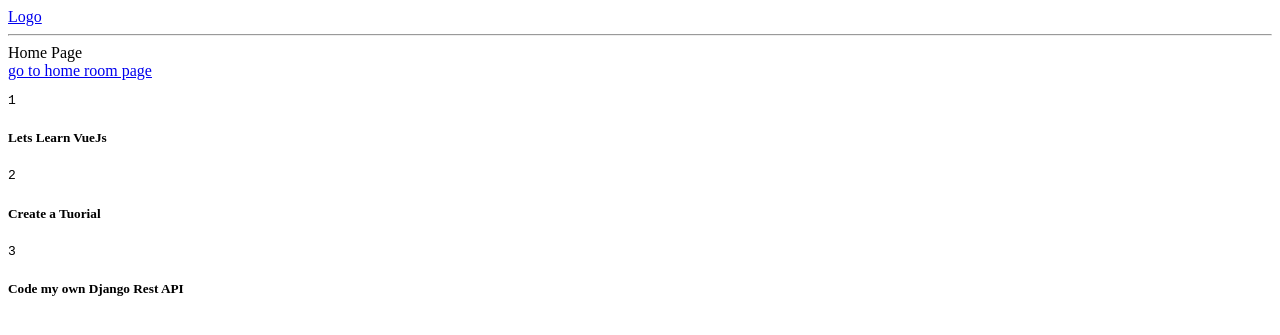
Repository: feyroozecode/studybud_django_app
Page: http://localhost/
An editor plug-in stored every save of this project. The page is shown before and after a run of saves, followed by the edit.
The browser window is 1280 px wide. The pictures show the whole page.
The page is served by the project's application, run on Django 4.2 (manage.py). Other server files are loaded and not shown.

Above is the page before, as saved 2023-09-30 19:54:03.

### templates/home.html

{% extends 'main.html' %}

{% block content %}

<div>
    Home Page
    <br />
    <a href="/room"> go to home room page </a>

    <div>
        {% for room in rooms %}
            <div>
               <pre>{{ room.id }}</pre> <h5> {{ room.name }} </h5>

            </div>

        {% endfor %}

    </div>

</div>

{% endblock content %}

### templates/main.html
<!DOCTYPE html>
<html lang="en">
<head>
    <meta charset="UTF-8">
    <meta name="viewport" content="width=device-width, initial-scale=1.0">
    <title>StudyBud</title>
</head>
<body>
    {% include 'navbar.html' %}
    {% block content %}

    {% endblock %}

</body>
</html>

### templates/navbar.html


<div>
    <a href="/"> Logo </a>

    <hr>
</div>

### base/views.py
from django.shortcuts import render
from django.http import HttpResponse


# Create your views here.
rooms = [
    { 'id': 1, 'name': 'Lets Learn VueJs' },
    { 'id': 2, 'name': 'Create a Tuorial' },
    { 'id': 3, 'name': 'Code my own Django Rest API' },
]

def home(request):
    return render(request, 'home.html', {'rooms': rooms})


def room(request):
    return render(request, 'room.html')

### studybud/urls.py
"""
URL configuration for studybud project.

The `urlpatterns` list routes URLs to views. For more information please see:
    https://docs.djangoproject.com/en/4.2/topics/http/urls/
Examples:
Function views
    1. Add an import:  from my_app import views
    2. Add a URL to urlpatterns:  path('', views.home, name='home')
Class-based views
    1. Add an import:  from other_app.views import Home
    2. Add a URL to urlpatterns:  path('', Home.as_view(), name='home')
Including another URLconf
    1. Import the include() function: from django.urls import include, path
    2. Add a URL to urlpatterns:  path('blog/', include('blog.urls'))
"""
from django.contrib import admin
from django.urls import path, include

BASE_APP_URL = 'base.urls'

urlpatterns = [
    path("admin/", admin.site.urls),
    path('', include(BASE_APP_URL))
]

### base/urls.py
from django.urls import path
from . import views

urlpatterns = [
    path('', views.home),
    path('room/', views.room, name="room")
]

After the next 3 saves:
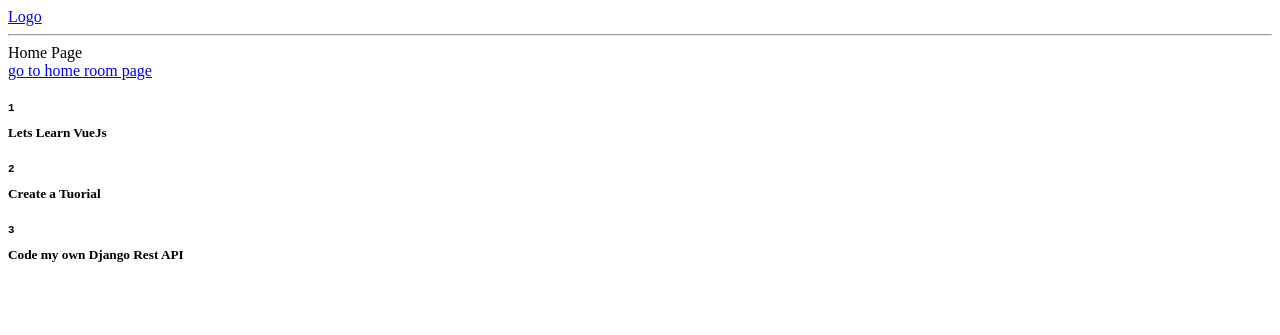
The 3 saves are shown as one change because they came seconds apart.
The last was saved 10 s later.
--- a/templates/home.html
+++ b/templates/home.html
@@ -11,7 +11,7 @@
     <div>
         {% for room in rooms %}
             <div>
-               <pre>{{ room.id }}</pre> <h5> {{ room.name }} </h5>
+              <h5>  <pre>{{ room.id }}</pre> {{ room.name }} </h5>
 
             </div>
 
